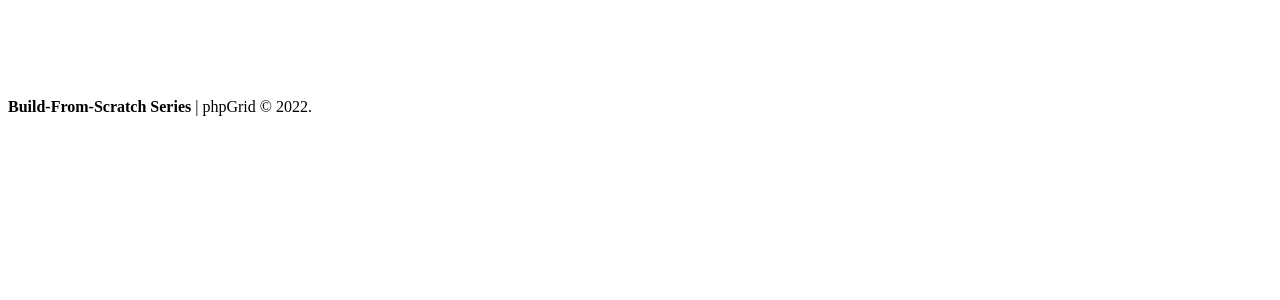
Repository: RaquelAlvarezz/free
Page: http://localhost/php/inc/footer.php
The author's editor kept a copy of each file at every save. The page is drawn from the files as they stood at one save, then again after the next save.
The browser window is 1280 px wide. The pictures show the whole page.
The page is run by PHP 8.4 with error messages shown; the project is at /var/www/html/.

Above is the page before, as saved 2022-01-20 09:21:24.

After the next save:
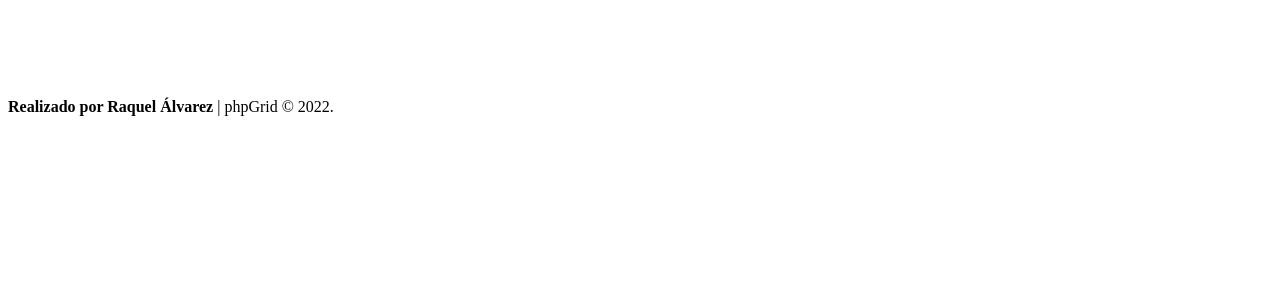
Saved 11 min 41 s later.
--- a/inc/footer.php
+++ b/inc/footer.php
@@ -1,5 +1,5 @@
 <br /><br /><br /><br /><br />
-<div class="footer"><strong>Build-From-Scratch Series</strong> | phpGrid &copy; <?php echo date('Y'); ?>.</div>
+<div class="footer"><strong>Realizado por Raquel Álvarez</strong> | phpGrid &copy; <?php echo date('Y'); ?>.</div>
 
 </body>
 </html>
